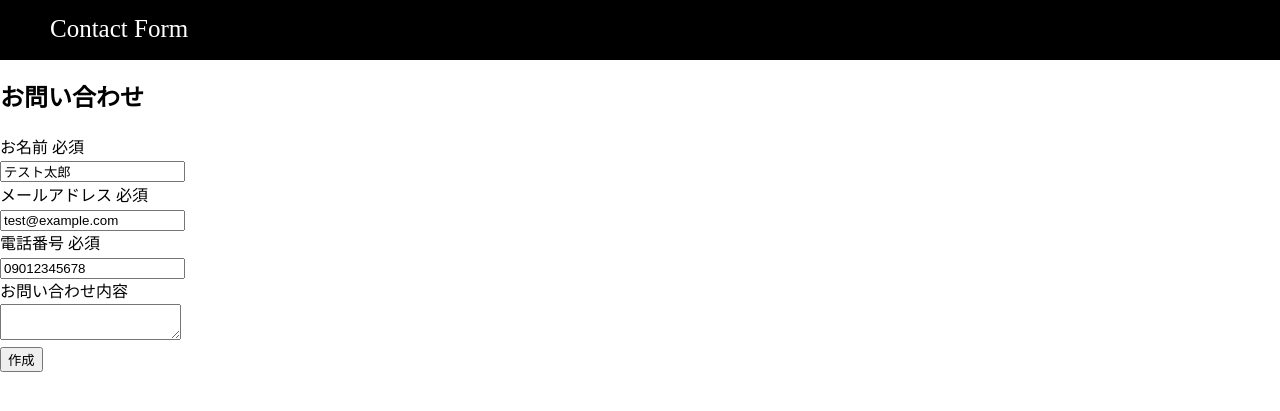
Repository: mayu-ya/my-contact-form
Page: http://localhost/
An editor plug-in stored every save of this project. The page is shown before and after the next save, followed by the edit.
The browser window is 1280 px wide. The pictures show the whole page.
The page is served by the project's Laravel application, run on PHP 8.4 with Laravel 8. Other server files are loaded and not shown.

Above is the page before, as saved 2025-12-31 22:49:38.

### src/routes/web.php
<?php

use Illuminate\Support\Facades\Route;
use App\Http\Controllers\ContactController;

/*
|--------------------------------------------------------------------------
| Web Routes
|--------------------------------------------------------------------------
|
| Here is where you can register web routes for your application. These
| routes are loaded by the RouteServiceProvider within a group which
| contains the "web" middleware group. Now create something great!
|
*/

Route::get('/', [ContactController::class,'index']);

### src/app/Http/Controllers/ContactController.php
<?php

namespace App\Http\Controllers;

use Illuminate\Http\Request;

class ContactController extends Controller
{
    public function index()
    {
        return view('index');
    }
}

### src/resources/views/index.blade.php
@extends('layouts.app')

@section('css')
<link rel="stylesheet" href="{{ asset('css/index.css') }}">
@endsection

@section('content')
<div class="content">
    <div class="form-title">
        <h2 class="form-title-con">お問い合わせ</h2>
    </div>

    <form class="form">
        <div class="form-content">
            <div class="form-content-name">
                <span class="form-content-name_na">お名前</span>
                <span class="form-content-name_re">必須</span>
            </div>
            <div class="form-name_create">
                <input type="text" name="name" value="テスト太郎">
            </div>
        </div>
        <div class="form-content">
            <div class="form-content-email">
                <span class="form-content-email_em">メールアドレス</span>
                <span class="form-content-email_re">必須</span>
            </div>
            <div class="form-email_create">
                <input type="text" name="email" value="test@example.com">
            </div>
        </div>
        <div class="form-content">
            <div class="form-content-tel">
                <span class="form-content-tel_te">電話番号</span>
                <span class="form-content-tel_re">必須</span>
            </div>
            <div class="form-tel_create">
                <input type="text" name="tel" value="09012345678">
            </div>
        </div>
        <div class="form-content">
            <div class="form-content-text">
                <span class="content-text_co">お問い合わせ内容</span>
            </div>
            <div class="form-text_create">
                <textarea name="text" value="資料をいただきたいです"></textarea>
            </div>

        </div>

        <div class="form-button">
            <button class="form-button_create">作成</button>
        </div>
    </form>
</div>
@endsection

### src/resources/views/layouts/app.blade.php
<!DOCTYPE html>
<html lang="ja">
<head>
    <meta charset="UTF-8">
    <meta name="viewport" content="width=device-width, initial-scale=1.0">
    <title>Contact Form</title>
    <link rel="stylesheet" href="{{ asset('css/sanitize.css') }}">
    <link rel="stylesheet" href="{{ asset('css/common.css') }}">
    @yield('css')
</head>
<body>
    <header class="header">
        <div class="header-title">
            <a href="/" class="header-logo">Contact Form</a>
        </div>
    </header>

    <main>
        @yield('content')
    </main>
</body>
</html>

### src/public/css/sanitize.css
/* Document
* ========================================================================== */

/**
* Add border box sizing in all browsers (opinionated).
*/

*,
::before,
::after {
  box-sizing: border-box;
}

/**
* 1. Add text decoration inheritance in all browsers (opinionated).
* 2. Add vertical alignment inheritance in all browsers (opinionated).
*/

::before,
::after {
  vertical-align: inherit;
  /* 2 */
  text-decoration: inherit;
  /* 1 */
}

/**
* 1. Use the default cursor in all browsers (opinionated).
* 2. Change the line height in all browsers (opinionated).
* 3. Use a 4-space tab width in all browsers (opinionated).
* 4. Remove the grey highlight on links in iOS (opinionated).
* 5. Prevent adjustments of font size after orientation changes in
*    IE on Windows Phone and in iOS.
* 6. Breaks words to prevent overflow in all browsers (opinionated).
*/

html {
  word-break: break-word;
  /* 6 */
  -moz-tab-size: 4;
  /* 3 */
  tab-size: 4;
  /* 3 */
  line-height: 1.5;
  /* 2 */
  cursor: default;
  /* 1 */

  -webkit-tap-highlight-color: transparent
    /* 4 */
  ;
  -ms-text-size-adjust: 100%;
  /* 5 */
  -webkit-text-size-adjust: 100%;
  /* 5 */
}

/* Sections
* ========================================================================== */

/**
* Remove the margin in all browsers (opinionated).
*/

body {
  margin: 0;
}

/**
* Correct the font size and margin on `h1` elements within `section` and
* `article` contexts in Chrome, Edge, Firefox, and Safari.
*/

h1 {
  margin: 0.67em 0;
  font-size: 2em;
}

/* Grouping content
* ========================================================================== */

/**
* Remove the margin on nested lists in Chrome, Edge, IE, and Safari.
*/

dl dl,
dl ol,
dl ul,
ol dl,
ul dl {
  margin: 0;
}

/**
* Remove the margin on nested lists in Edge 18- and IE.
*/

ol ol,
ol ul,
ul ol,
ul ul {
  margin: 0;
}

/**
* 1. Add the correct sizing in Firefox.
* 2. Show the overflow in Edge 18- and IE.
*/

hr {
  overflow: visible;
  /* 2 */
  height: 0;
  /* 1 */
}

/**
* Add the correct display in IE.
*/

main {
  display: block;
}

/**
* Remove the list style on navigation lists in all browsers (opinionated).
*/

nav ol,
nav ul {
  padding: 0;
  list-style: none;
}

/**
* 1. Correct the inheritance and scaling of font size in all browsers.
* 2. Correct the odd `em` font sizing in all browsers.
*/

pre {
  font-size: 1em;
  /* 2 */
  font-family: monospace, monospace;
  /* 1 */
}

/* Text-level semantics
* ========================================================================== */

/**
* Remove the gray background on active links in IE 10.
*/

a {
  background-color: transparent;
}

/**
* Add the correct text decoration in Edge 18-, IE, and Safari.
*/

abbr[title] {
  text-decoration: underline;
  text-decoration: underline dotted;
}

/**
* Add the correct font weight in Chrome, Edge, and Safari.
*/

b,
strong {
  font-weight: bolder;
}

/**
* 1. Correct the inheritance and scaling of font size in all browsers.
* 2. Correct the odd `em` font sizing in all browsers.
*/

code,
kbd,
samp {
  font-size: 1em;
  /* 2 */
  font-family: monospace, monospace;
  /* 1 */
}

/**
* Add the correct font size in all browsers.
*/

small {
  font-size: 80%;
}

/* Embedded content
* ========================================================================== */

/*
* Change the alignment on media elements in all browsers (opinionated).
*/

audio,
canvas,
iframe,
img,
svg,
video {
  vertical-align: middle;
}

/**
* Add the correct display in IE 9-.
*/

audio,
video {
  display: inline-block;
}

/**
* Add the correct display in iOS 4-7.
*/

audio:not([controls]) {
  display: none;
  height: 0;
}

/**
* Remove the border on iframes in all browsers (opinionated).
*/

iframe {
  border-style: none;
}

/**
* Remove the border on images within links in IE 10-.
*/

img {
  border-style: none;
}

/**
* Change the fill color to match the text color in all browsers (opinionated).
*/

svg:not([fill]) {
  fill: currentColor;
}

/**
* Hide the overflow in IE.
*/

svg:not(:root) {
  overflow: hidden;
}

/* Tabular data
* ========================================================================== */

/**
* Collapse border spacing in all browsers (opinionated).
*/

table {
  border-collapse: collapse;
}

/* Forms
* ========================================================================== */

/**
* Remove the margin on controls in Safari.
*/

button,
input,
select {
  margin: 0;
}

/**
* 1. Show the overflow in IE.
* 2. Remove the inheritance of text transform in Edge 18-, Firefox, and IE.
*/

button {
  overflow: visible;
  /* 1 */
  text-transform: none;
  /* 2 */
}

/**
* Correct the inability to style buttons in iOS and Safari.
*/

button,
[type="button"],
[type="reset"],
[type="submit"] {
  -webkit-appearance: button;
}

/**
* 1. Change the inconsistent appearance in all browsers (opinionated).
* 2. Correct the padding in Firefox.
*/

fieldset {
  padding: 0.35em 0.75em 0.625em;
  /* 2 */
  border: 1px solid #a0a0a0;
  /* 1 */
}

/**
* Show the overflow in Edge 18- and IE.
*/

input {
  overflow: visible;
}

/**
* 1. Correct the text wrapping in Edge 18- and IE.
* 2. Correct the color inheritance from `fieldset` elements in IE.
*/

legend {
  display: table;
  /* 1 */
  max-width: 100%;
  /* 1 */
  color: inherit;
  /* 2 */
  white-space: normal;
  /* 1 */
}

/**
* 1. Add the correct display in Edge 18- and IE.
* 2. Add the correct vertical alignment in Chrome, Edge, and Firefox.
*/

progress {
  display: inline-block;
  /* 1 */
  vertical-align: baseline;
  /* 2 */
}

/**
* Remove the inheritance of text transform in Firefox.
*/

select {
  text-transform: none;
}

/**
* 1. Remove the margin in Firefox and Safari.
* 2. Remove the default vertical scrollbar in IE.
* 3. Change the resize direction in all browsers (opinionated).
*/

textarea {
  overflow: auto;
  /* 2 */
  margin: 0;
  /* 1 */
  resize: vertical;
  /* 3 */
}

/**
* Remove the padding in IE 10-.
*/

[type="checkbox"],
[type="radio"] {
  padding: 0;
}

/**
* 1. Correct the odd appearance in Chrome, Edge, and Safari.
* 2. Correct the outline style in Safari.
*/

[type="search"] {
  outline-offset: -2px;
  /* 2 */

  -webkit-appearance: textfield;
  /* 1 */
}

/**
* Correct the cursor style of increment and decrement buttons in Safari.
*/

::-webkit-inner-spin-button,
::-webkit-outer-spin-button {
  height: auto;
}

/**
* Correct the text style of placeholders in Chrome, Edge, and Safari.
*/

::-webkit-input-placeholder {
  color: inherit;
  opacity: 0.54;
}

/**
* Remove the inner padding in Chrome, Edge, and Safari on macOS.
*/

::-webkit-search-decoration {
  -webkit-appearance: none;
}

/**
* 1. Correct the inability to style upload buttons in iOS and Safari.
* 2. Change font properties to `inherit` in Safari.
*/

::-webkit-file-upload-button {
  font: inherit;
  /* 2 */

  -webkit-appearance: button;
  /* 1 */
}

/**
* Remove the inner border and padding of focus outlines in Firefox.
*/

::-moz-focus-inner {
  padding: 0;
  border-style: none;
}

/**
* Restore the focus outline styles unset by the previous rule in Firefox.
*/

:-moz-focusring {
  outline: 1px dotted ButtonText;
}

/**
* Remove the additional :invalid styles in Firefox.
*/

:-moz-ui-invalid {
  box-shadow: none;
}

/* Interactive
* ========================================================================== */

/*
* Add the correct display in Edge 18- and IE.
*/

details {
  display: block;
}

/*
* Add the correct styles in Edge 18-, IE, and Safari.
*/

dialog {
  position: absolute;
  right: 0;
  left: 0;
  display: block;
  margin: auto;
  padding: 1em;
  width: -moz-fit-content;
  width: -webkit-fit-content;
  width: fit-content;
  height: -moz-fit-content;
  height: -webkit-fit-content;
  height: fit-content;
  border: solid;
  background-color: white;
  color: black;
}

dialog:not([open]) {
  display: none;
}

/*
* Add the correct display in all browsers.
*/

summary {
  display: list-item;
}

/* Scripting
* ========================================================================== */

/**
* Add the correct display in IE 9-.
*/

canvas {
  display: inline-block;
}

/**
* Add the correct display in IE.
*/

template {
  display: none;
}

/* User interaction
* ========================================================================== */

/*
* 1. Remove the tapping delay in IE 10.
* 2. Remove the tapping delay on clickable elements
in all browsers (opinionated).
*/

a,
area,
button,
input,
label,
select,
summary,
textarea,
[tabindex] {
  -ms-touch-action: manipulation;
  /* 1 */
  touch-action: manipulation;
  /* 2 */
}

/**
* Add the correct display in IE 10-.
*/

[hidden] {
  display: none;
}

/* Accessibility
* ========================================================================== */

/**
* Change the cursor on busy elements in all browsers (opinionated).
*/

[aria-busy="true"] {
  cursor: progress;
}

/*
* Change the cursor on control elements in all browsers (opinionated).
*/

[aria-controls] {
  cursor: pointer;
}

/*
* Change the cursor on disabled, not-editable, or otherwise
* inoperable elements in all browsers (opinionated).
*/

[aria-disabled="true"],
[disabled] {
  cursor: not-allowed;
}

/*
* Change the display on visually hidden accessible elements
* in all browsers (opinionated).
*/

[aria-hidden="false"][hidden] {
  display: initial;
}

[aria-hidden="false"][hidden]:not(:focus) {
  position: absolute;
  clip: rect(0, 0, 0, 0);
}

### src/public/css/common.css
.header {
    background: black;
    height: 60px;
}

.header-logo{
    display: block;
    color: white;
    font-size: 25px;
    padding-top: 10px;
    padding-left: 50px;
    text-decoration: none;
    cursor: pointer;
}

Loaded but not shown: src/app/Http/Controllers/Controller.php (common file); src/public/css/index.css (no stored copy; drawn as an empty file)

After the next save:
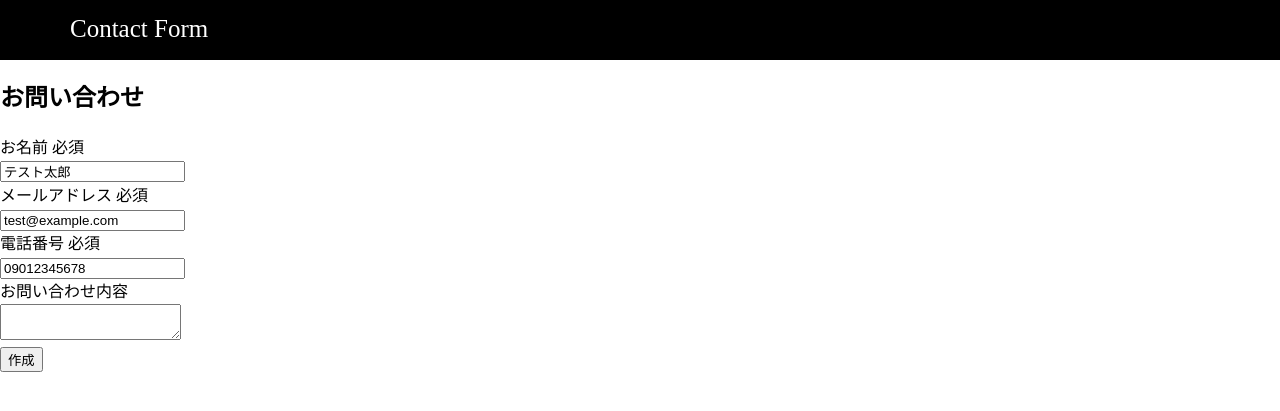
Saved 11 s later.
--- a/src/public/css/common.css
+++ b/src/public/css/common.css
@@ -8,7 +8,7 @@
     color: white;
     font-size: 25px;
     padding-top: 10px;
-    padding-left: 50px;
+    padding-left: 70px;
     text-decoration: none;
     cursor: pointer;
 }
